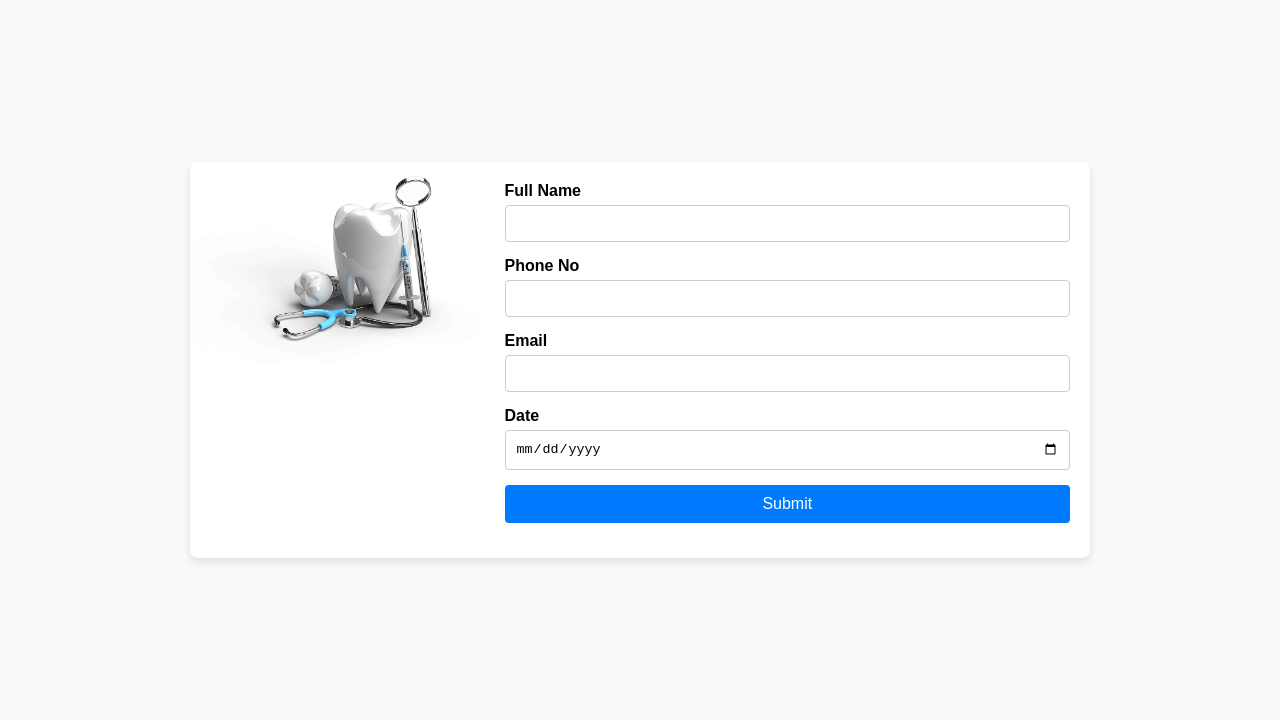
Repository: Reshu70/dental
Page: css/form.html
The author's editor kept a copy of each file at every save. The page is drawn from the files as they stood at one save, then again after the next save.
The browser window is 1280 px wide. The pictures show the whole page.

Above is the page before, as saved 2024-06-06 11:32:46.

After the next save:
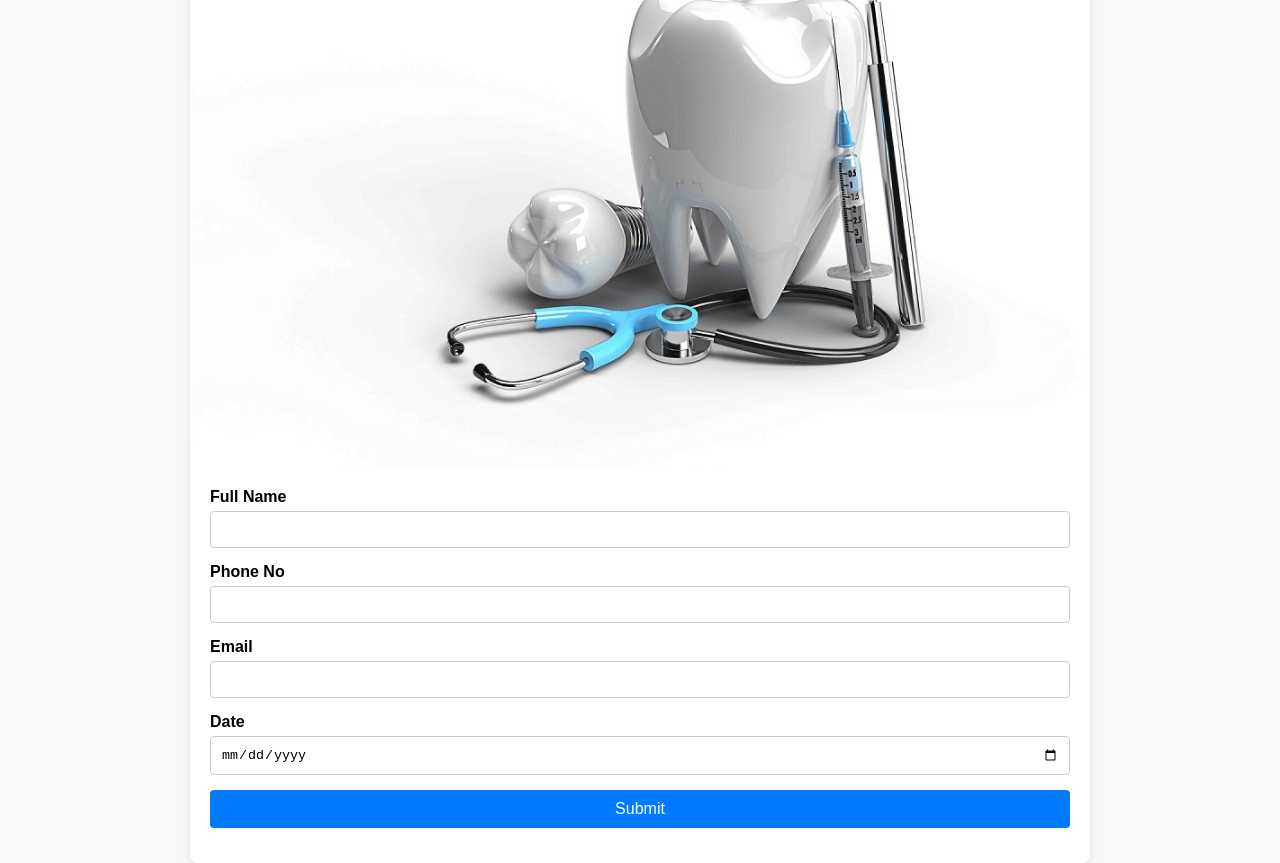
Saved 7 min 23 s later.
--- a/css/form.html
+++ b/css/form.html
@@ -1,3 +1,130 @@
+<!-- <!DOCTYPE html>
+<html lang="en">
+<head>
+    <meta charset="UTF-8">
+    <meta name="viewport" content="width=device-width, initial-scale=1.0">
+    <title>Responsive Form with Image</title>
+    <style>
+        body {
+            font-family: Arial, sans-serif;
+            background-color: #f8f9fa;
+            display: flex;
+            justify-content: center;
+            align-items: center;
+            height: 100vh;
+            margin: 0;
+        }
+
+        .container {
+            display: flex;
+            flex-wrap: wrap;
+            background: #fff;
+            border-radius: 8px;
+            box-shadow: 0 4px 8px rgba(0, 0, 0, 0.1);
+            max-width: 900px;
+            width: 100%;
+            box-sizing: border-box;
+        }
+
+        .container img {
+            flex: 1;
+            max-width: 100%;
+            border-top-left-radius: 8px;
+            border-bottom-left-radius: 8px;
+            object-fit: cover;
+        }
+
+        .form-container {
+            flex: 2;
+            padding: 20px;
+        }
+
+        .form-group {
+            margin-bottom: 15px;
+        }
+
+        .form-group label {
+            display: block;
+            margin-bottom: 5px;
+            font-weight: bold;
+        }
+
+        .form-group input,
+        .form-group textarea {
+            width: 100%;
+            padding: 10px;
+            border: 1px solid #ccc;
+            border-radius: 4px;
+            box-sizing: border-box;
+        }
+
+        .form-group textarea {
+            resize: vertical;
+        }
+
+        .form-group button {
+            width: 100%;
+            padding: 10px;
+            background-color: #007bff;
+            border: none;
+            color: #fff;
+            font-size: 16px;
+            border-radius: 4px;
+            cursor: pointer;
+        }
+
+        .form-group button:hover {
+            background-color: #0056b3;
+        }
+
+        @media (max-width: 768px) {
+            .container {
+                flex-direction: column;
+            }
+
+            .container img {
+                border-top-right-radius: 8px;
+                border-bottom-left-radius: 0;
+            }
+
+            .form-container {
+                padding: 15px;
+            }
+        }
+    </style>
+</head>
+<body>
+    <div class="container">
+        <img src="/images/About-us.jpg " alt="About Us Image" style="height: 200px;">
+        <div class="form-container">
+            <form>
+                <div class="form-group">
+                    <label for="name">Full Name</label>
+                    <input type="text" id="name" name="name" required>
+                </div>
+                <div class="form-group">
+                    <label for="name">Phone No</label>
+                    <input type="text" id="Phone No" name="Phone No" required>
+                </div>
+                <div class="form-group">
+                    <label for="email">Email</label>
+                    <input type="email" id="email" name="email" required>
+                </div>
+                <div class="form-group">
+                    <label for="date">Date</label>
+                    <input type="date" id="date" name="date" required>
+                </div>
+
+
+                <div class="form-group">
+                    <button type="submit">Submit</button>
+                </div>
+            </form>
+        </div>
+    </div>
+</body>
+</html> -->
+
 <!DOCTYPE html>
 <html lang="en">
 <head>
@@ -29,6 +156,7 @@
         .container img {
             flex: 1;
             max-width: 100%;
+            height: auto;
             border-top-left-radius: 8px;
             border-bottom-left-radius: 8px;
             object-fit: cover;
@@ -95,7 +223,7 @@
 </head>
 <body>
     <div class="container">
-        <img src="/images/About-us.jpg " alt="About Us Image" style="height: 200px;">
+        <img src="/images/About-us.jpg" alt="About Us Image">
         <div class="form-container">
             <form>
                 <div class="form-group">
@@ -103,8 +231,8 @@
                     <input type="text" id="name" name="name" required>
                 </div>
                 <div class="form-group">
-                    <label for="name">Phone No</label>
-                    <input type="text" id="Phone No" name="Phone No" required>
+                    <label for="phone">Phone No</label>
+                    <input type="text" id="phone" name="phone" required>
                 </div>
                 <div class="form-group">
                     <label for="email">Email</label>
@@ -114,8 +242,6 @@
                     <label for="date">Date</label>
                     <input type="date" id="date" name="date" required>
                 </div>
-
-
                 <div class="form-group">
                     <button type="submit">Submit</button>
                 </div>
